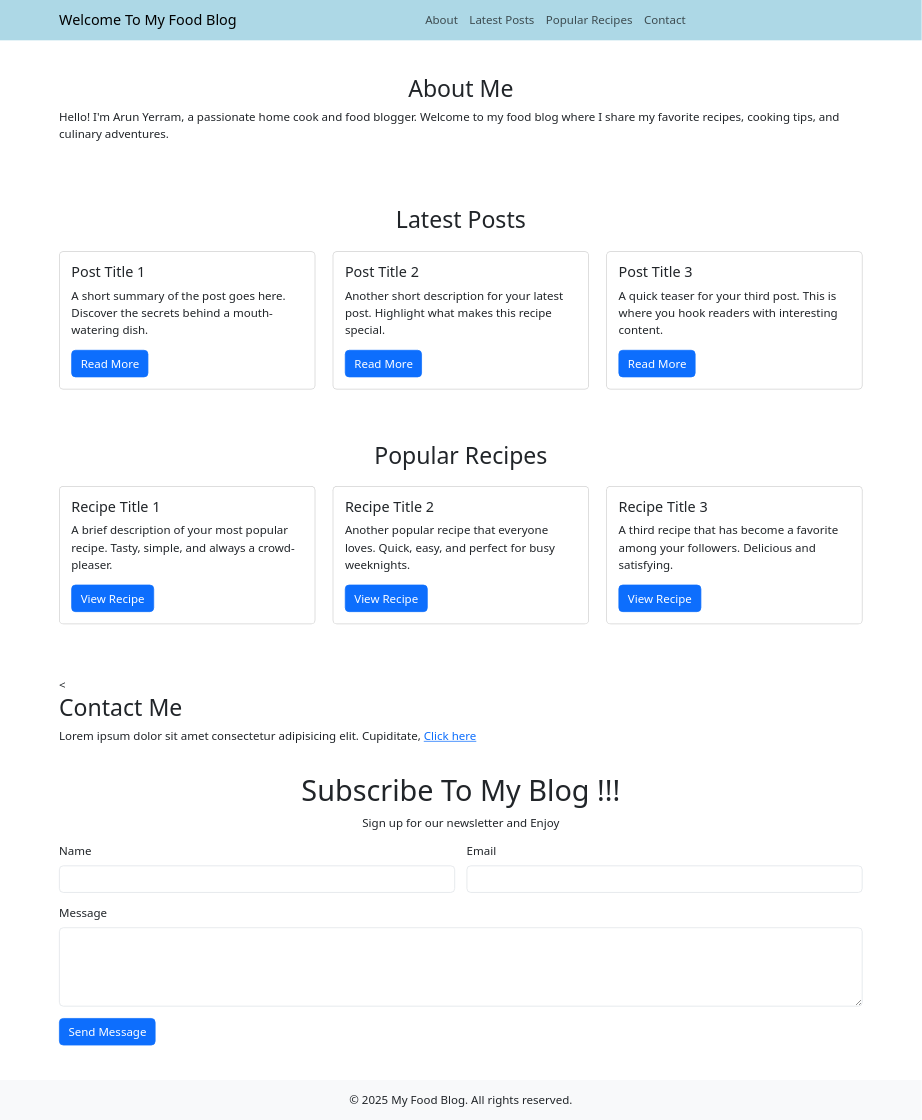
Repository: arunyerram/Web-TEChnologies
Page: 15.03.2025.html
These files come from the project's save history. The page is drawn as it stood at one moment and after a run of saves; the edit follows.
The browser window is 1280 px wide. The pictures show the whole page, at 72% of full size.

Above is the page before, as saved 2025-03-19 12:04:43.

After the next 2 saves:
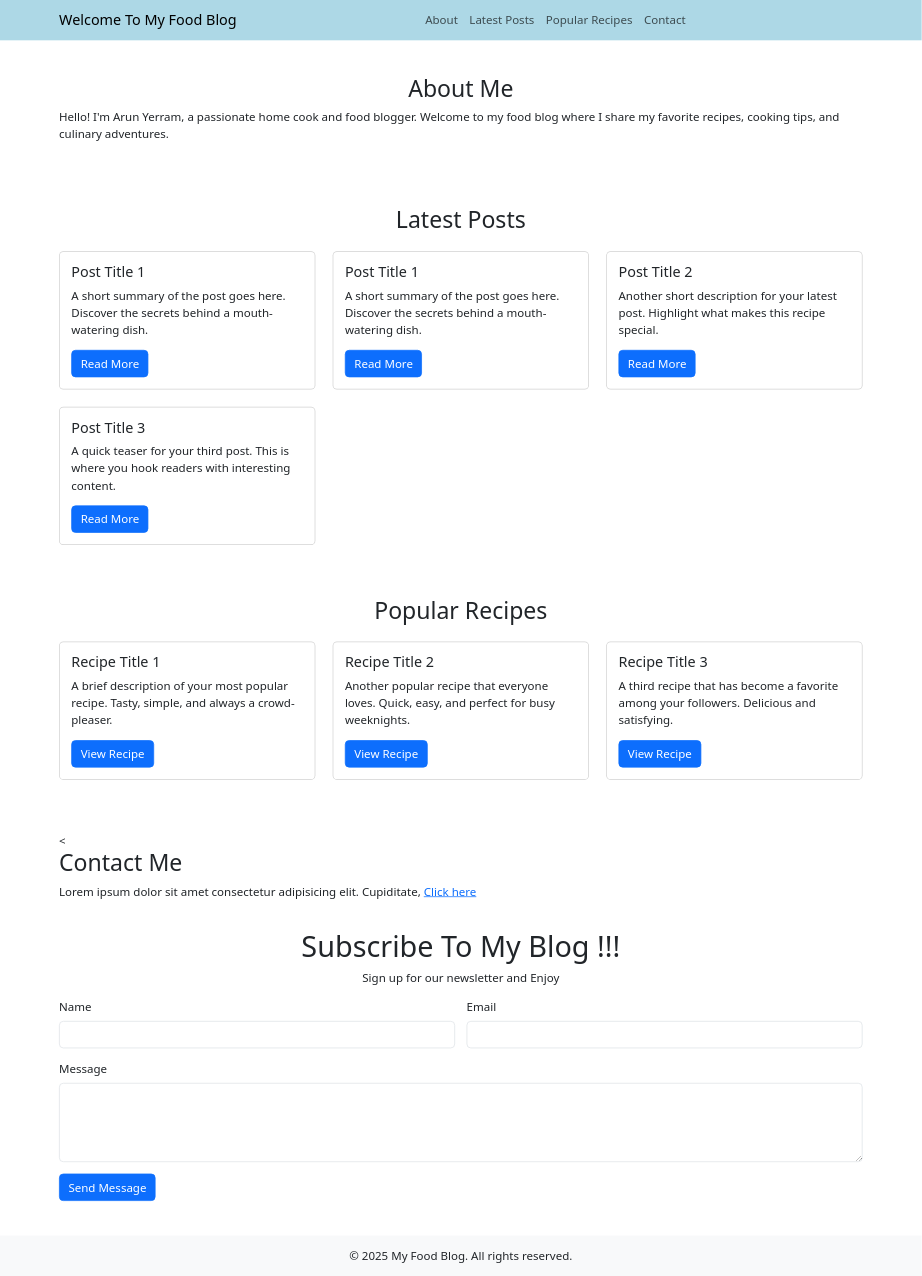
The 2 saves are shown as one change because they came seconds apart.
The last was saved 31 s later.
--- a/15.03.2025.html
+++ b/15.03.2025.html
@@ -75,6 +75,24 @@
     <section id="latest-posts" class="mb-5">
       <h2 class="mb-4" style="text-align:center">Latest Posts</h2>
       <div class="row row-cols-1 row-cols-md-3 g-4">
+
+        <div class="col">
+          <div class="card">
+            <!-- <img
+              src="https://via.placeholder.com/300x200"
+              class="card-img-top"
+              alt="Post Image 1"
+            /> -->
+            <div class="card-body">
+              <h5 class="card-title">Post Title 1</h5>
+              <p class="card-text">
+                A short summary of the post goes here. Discover the secrets
+                behind a mouth-watering dish.
+              </p>
+              <a href="#" class="btn btn-primary">Read More</a>
+            </div>
+          </div>
+        </div>
 
         <div class="col">
           <div class="card">

After the 4 saves that followed:
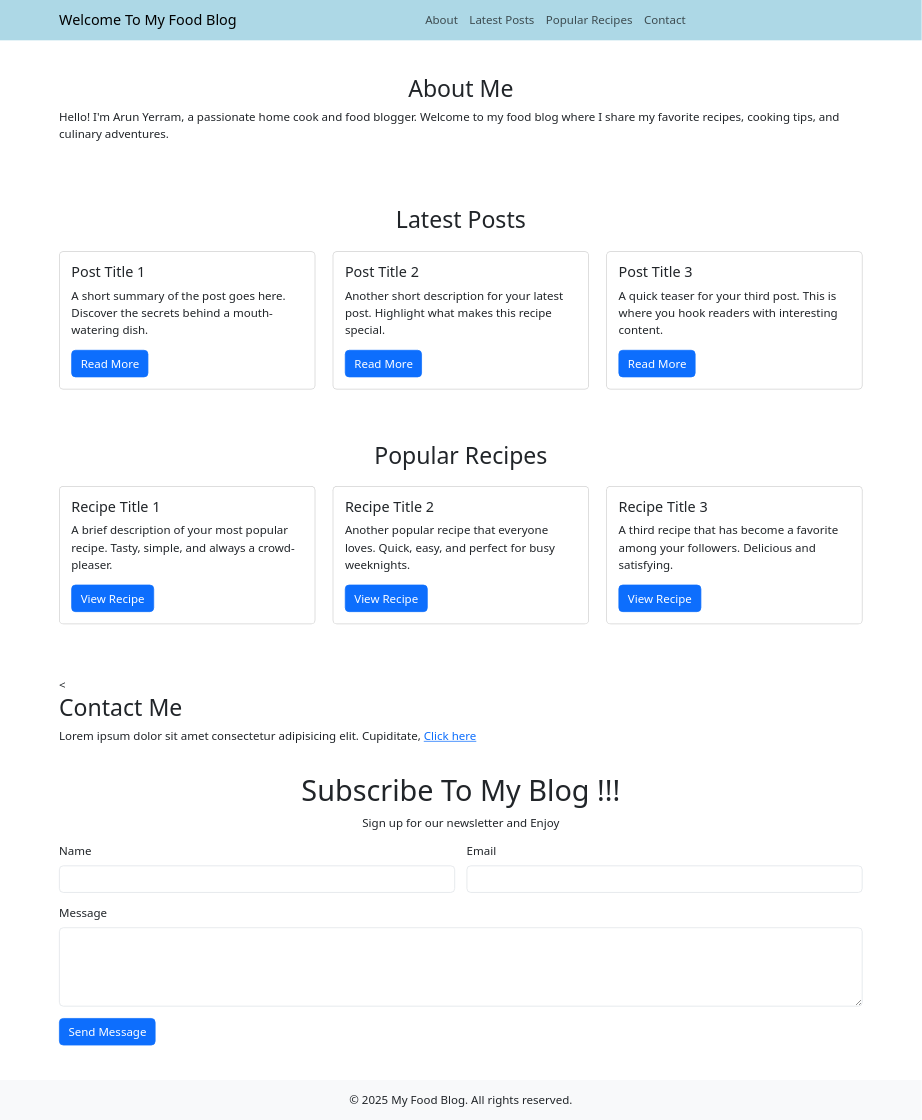
The 4 saves are shown as one change because 1 left the picture as it was and some came seconds apart.
The last was saved 17 s later.
--- a/15.03.2025.html
+++ b/15.03.2025.html
@@ -94,13 +94,9 @@
           </div>
         </div>
 
-        <div class="col">
-          <div class="card">
-            <!-- <img
-              src="https://via.placeholder.com/300x200"
-              class="card-img-top"
-              alt="Post Image 1"
-            /> -->
+        <!-- <div class="col">
+          <div class="card">
+
             <div class="card-body">
               <h5 class="card-title">Post Title 1</h5>
               <p class="card-text">
@@ -110,7 +106,7 @@
               <a href="#" class="btn btn-primary">Read More</a>
             </div>
           </div>
-        </div>
+        </div> -->
 
         <div class="col">
           <div class="card">
